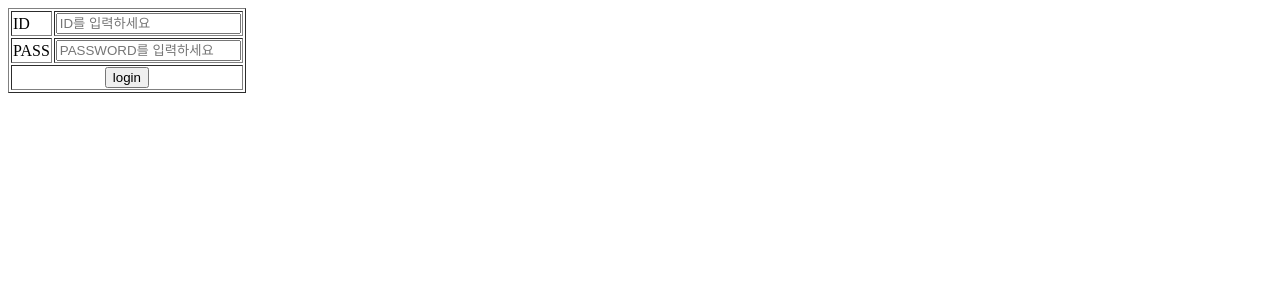
Repository: kdh4357065/3_highjava
Page: http://localhost/webTest/basic/session/sessionLogin.jsp
These files come from the project's save history. The page is drawn as it stood at one moment and after the next save; the edit follows.
The browser window is 1280 px wide. The pictures show the whole page.
The page is served by Tomcat 9.

Above is the page before, as saved 2023-03-30 04:45:17.

After the next save:
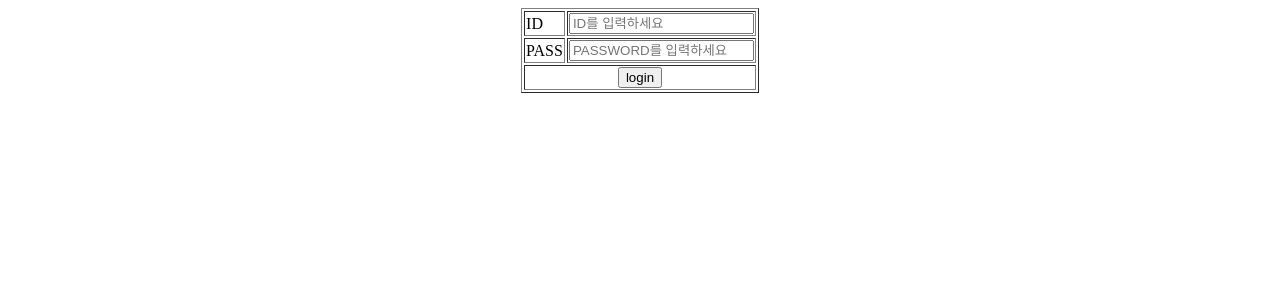
Saved 109 s later.
--- a/WorkSpace/webTest/src/main/webapp/basic/session/sessionLogin.jsp
+++ b/WorkSpace/webTest/src/main/webapp/basic/session/sessionLogin.jsp
@@ -18,7 +18,7 @@ boolean check = true;
 <body>
 
 <form action="<%=request.getContextPath()%>/sessionLogin.do" method="post">
-<table border="1">
+<table border="1" style="margin: 0 auto">
 <tr>
 	<td>ID</td>
 	<td><input type="text" name="userid" value="" placeholder="ID를 입력하세요"></td>
